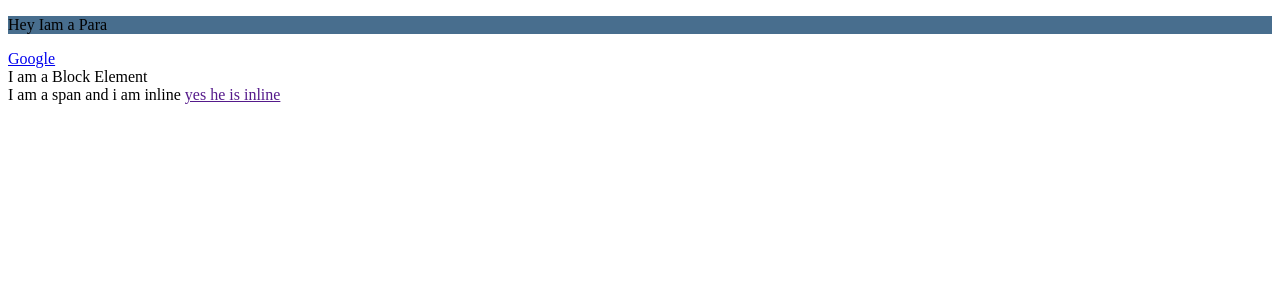
Repository: Mohan2347/Project-2
Page: 6.html
The author's editor kept a copy of each file at every save. The page is drawn from the files as they stood at one save, then again after the next save.
The browser window is 1280 px wide. The pictures show the whole page.

Above is the page before, as saved 2024-11-13 21:42:34.

### 6.html
<!-- Inline and Block elements -->

<!DOCTYPE html>
<html lang="en">
<head>
    <meta charset="UTF-8">
    <meta name="viewport" content="width=device-width, initial-scale=1.0">
    <title>Inline and Block elements - HTML</title>
    <link rel="stylesheet" href="3.css">
</head>
<body>
    <p>Hey Iam a Para</p>
    <a href="https://google.com">Google</a>
    <div>I am a Block Element</div>
    <span>I am a span and i am inline</span>
    <a href="">yes he is inline</a>
</body>
</html>

### 3.css
p{
    background-color: rgb(72, 110, 142);
}

After the next save:
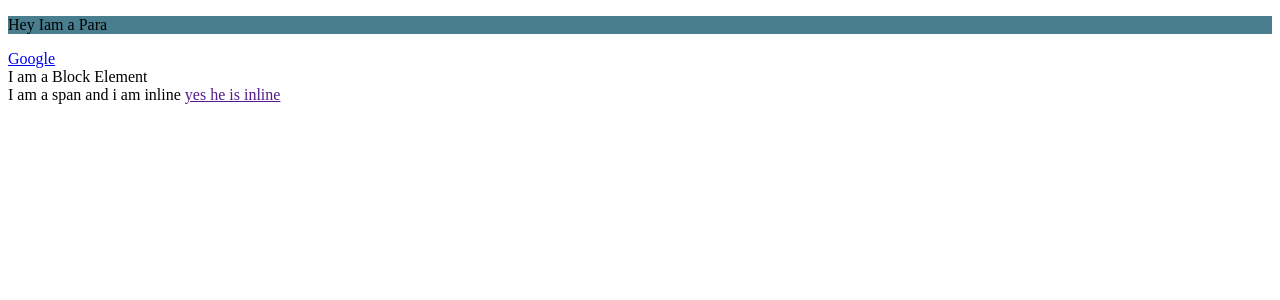
Saved 5 s later.
--- a/3.css
+++ b/3.css
@@ -1,3 +1,3 @@
 p{
-    background-color: rgb(72, 110, 142);
+    background-color: rgb(72, 126, 142);
 }
